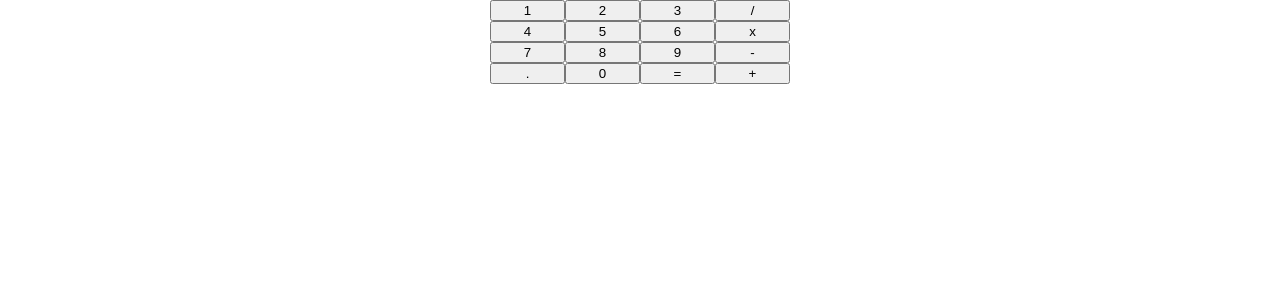
Repository: hoangphuong965/calculator_react
Page: /
These files come from the project's save history. The page is drawn as it stood at one moment and after the next save; the edit follows.
The browser window is 1280 px wide. The pictures show the whole page.
The project was rebuilt for these pictures with package versions that can differ from the ones it lists, and the page was loaded fresh each time.

Above is the page before, as saved 2020-08-04 08:08:30.

After the next save:
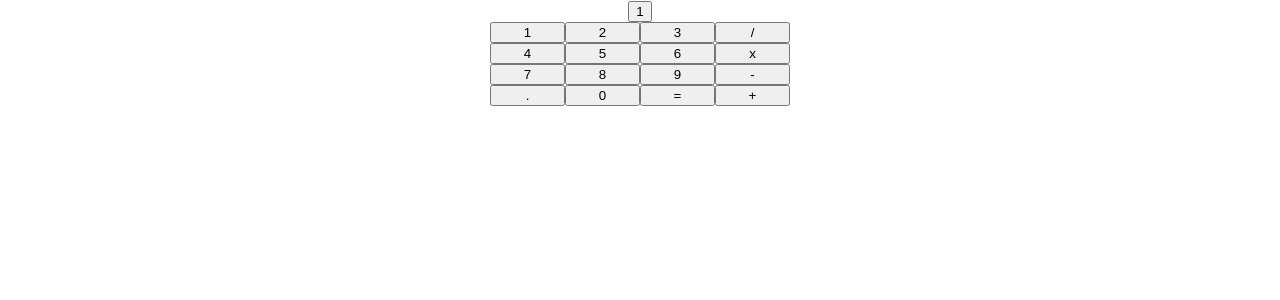
Saved 4 s later.
--- a/src/component/Key.js
+++ b/src/component/Key.js
@@ -4,7 +4,7 @@ function Key() {
   return (
     <div className="key">
       <div className="key-controls">
-
+        <button className="data-key">1</button>
       </div>
       <div className="key-number">
         <button className="data-key">1</button>
